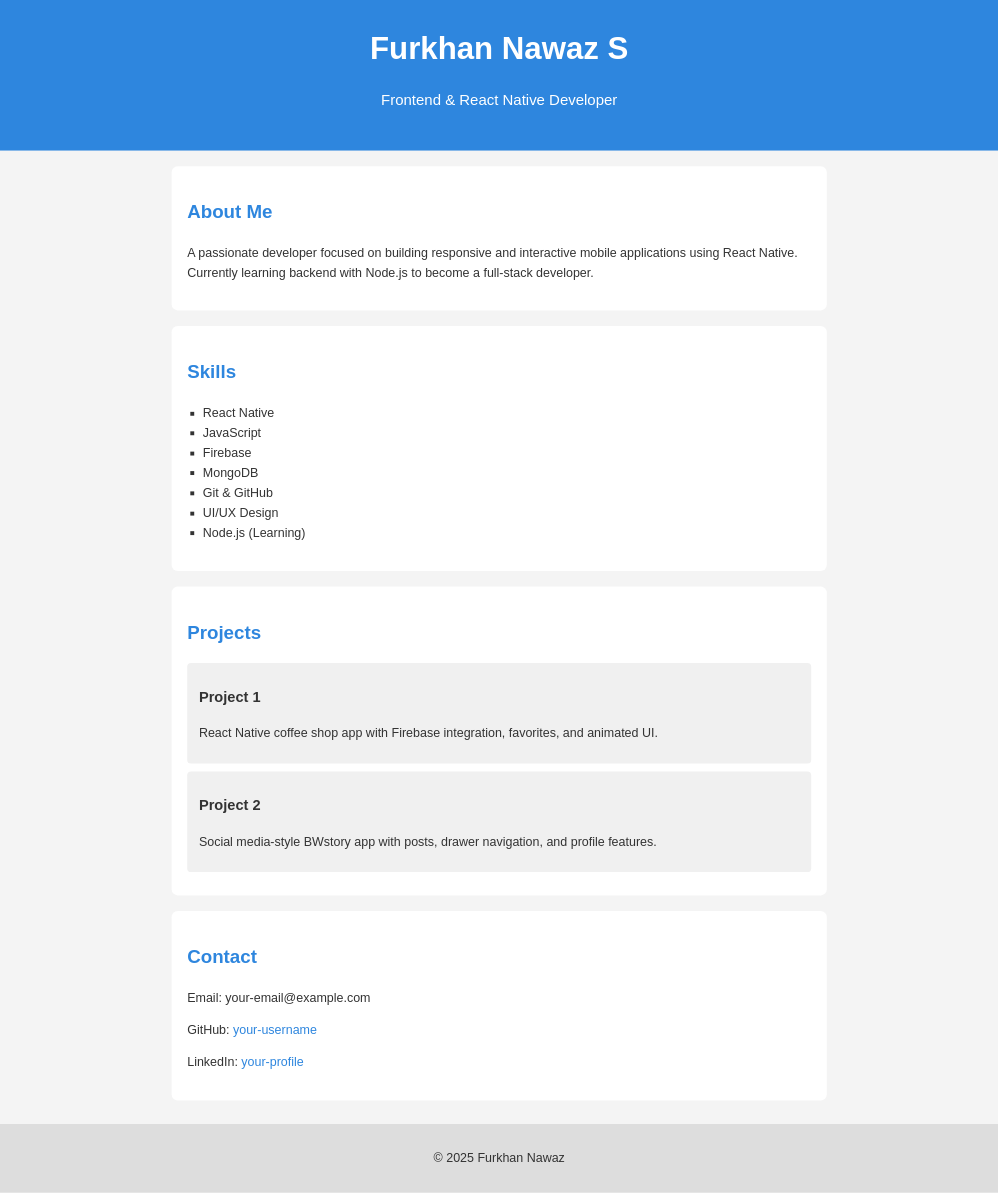
Repository: nawaz1568/portfolio
Page: index.html
An editor plug-in stored every save of this project. The page is shown before and after a run of saves, followed by the edit.
The browser window is 1280 px wide. The pictures show the whole page, at 78% of full size.

Above is the page before, as saved 2025-08-05 21:25:21.

### index.html
<!DOCTYPE html>
<html lang="en">
<head>
  <meta charset="UTF-8" />
  <meta name="viewport" content="width=device-width, initial-scale=1.0"/>
  <title>Furkhan Nawaz Portfolio</title>
  <link rel="stylesheet" href="style.css" />
</head>
<body>

  <header>
    <h1>Furkhan Nawaz S</h1>
    <p>Frontend & React Native Developer</p>
  </header>

  <section id="about">
    <h2>About Me</h2>
    <p>
      A passionate developer focused on building responsive and interactive mobile applications using React Native.
      Currently learning backend with Node.js to become a full-stack developer.
    </p>
  </section>

  <section id="skills">
    <h2>Skills</h2>
    <ul>
      <li>React Native</li>
      <li>JavaScript</li>
      <li>Firebase</li>
      <li>MongoDB</li>
      <li>Git & GitHub</li>
      <li>UI/UX Design</li>
      <li>Node.js (Learning)</li>
    </ul>
  </section>

  <section id="projects">
    <h2>Projects</h2>
    <div class="project">
      <h3>Project 1</h3>
      <p>React Native coffee shop app with Firebase integration, favorites, and animated UI.</p>
    </div>
    <div class="project">
      <h3>Project 2</h3>
      <p>Social media-style BWstory app with posts, drawer navigation, and profile features.</p>
    </div>
  </section>

  <section id="contact">
    <h2>Contact</h2>
    <p>Email: your-email@example.com</p>
    <p>GitHub: <a href="https://github.com/your-username" target="_blank">your-username</a></p>
    <p>LinkedIn: <a href="https://linkedin.com/in/your-profile" target="_blank">your-profile</a></p>
  </section>

  <footer>
    <p>© 2025 Furkhan Nawaz</p>
  </footer>

</body>
</html>

### style.css
body {
  font-family: Arial, sans-serif;
  line-height: 1.6;
  margin: 0;
  padding: 0;
  background: #f4f4f4;
  color: #333;
}

header {
  background: #2e86de;
  color: #fff;
  padding: 30px 0;
  text-align: center;
}

header h1 {
  margin: 0;
  font-size: 2.5rem;
}

header p {
  font-size: 1.2rem;
}

section {
  padding: 20px;
  max-width: 800px;
  margin: auto;
  background: #fff;
  margin-top: 20px;
  border-radius: 8px;
}

h2 {
  color: #2e86de;
}

ul {
  list-style: square;
  padding-left: 20px;
}

.project {
  background: #f0f0f0;
  padding: 10px 15px;
  margin: 10px 0;
  border-radius: 5px;
}

a {
  color: #2e86de;
  text-decoration: none;
}

a:hover {
  text-decoration: underline;
}

footer {
  text-align: center;
  padding: 15px;
  background: #ddd;
  margin-top: 30px;
}

After the next 3 saves:
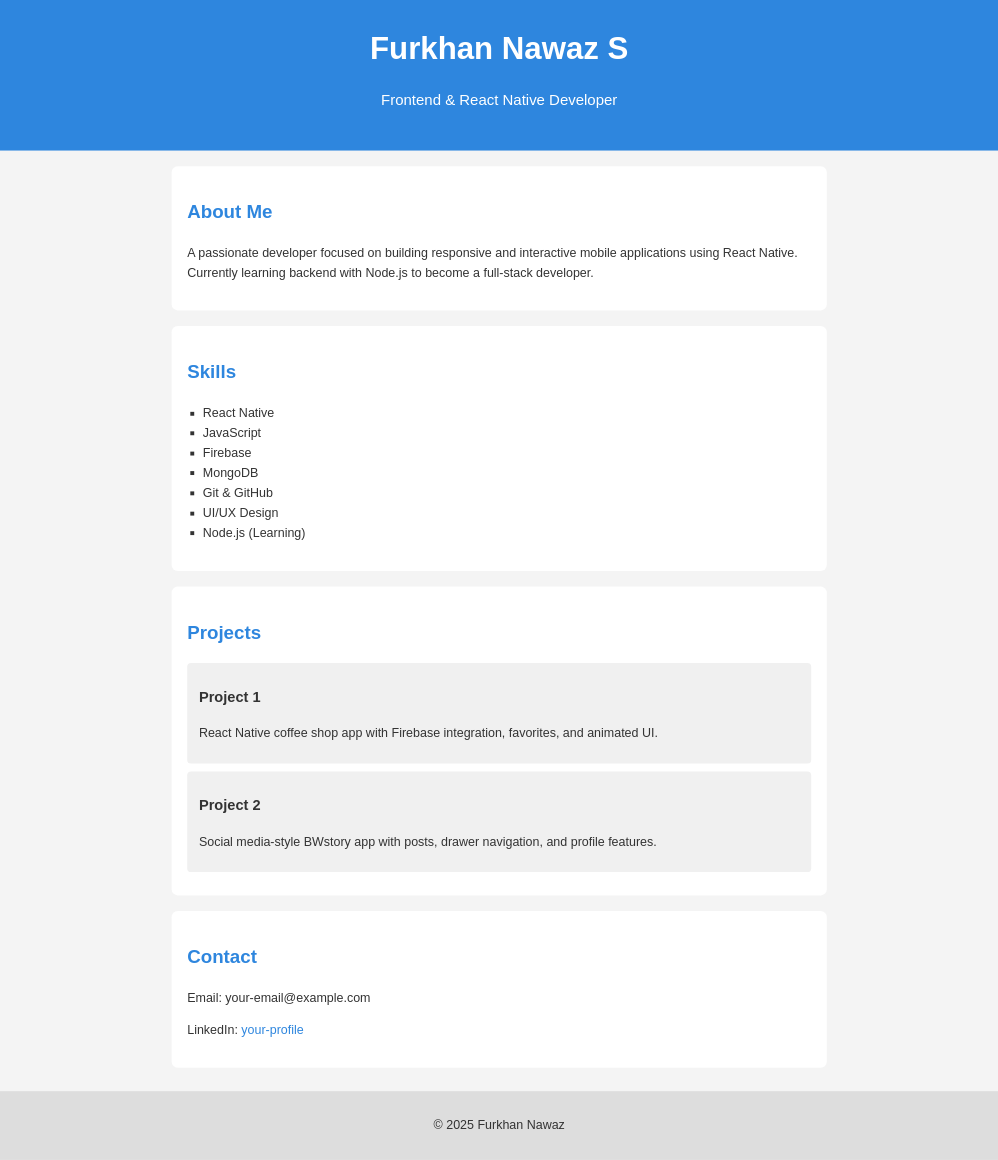
The 3 saves are shown as one change because they came seconds apart.
The last was saved 53 s later.
--- a/index.html
+++ b/index.html
@@ -49,7 +49,6 @@
   <section id="contact">
     <h2>Contact</h2>
     <p>Email: your-email@example.com</p>
-    <p>GitHub: <a href="https://github.com/your-username" target="_blank">your-username</a></p>
     <p>LinkedIn: <a href="https://linkedin.com/in/your-profile" target="_blank">your-profile</a></p>
   </section>
 
